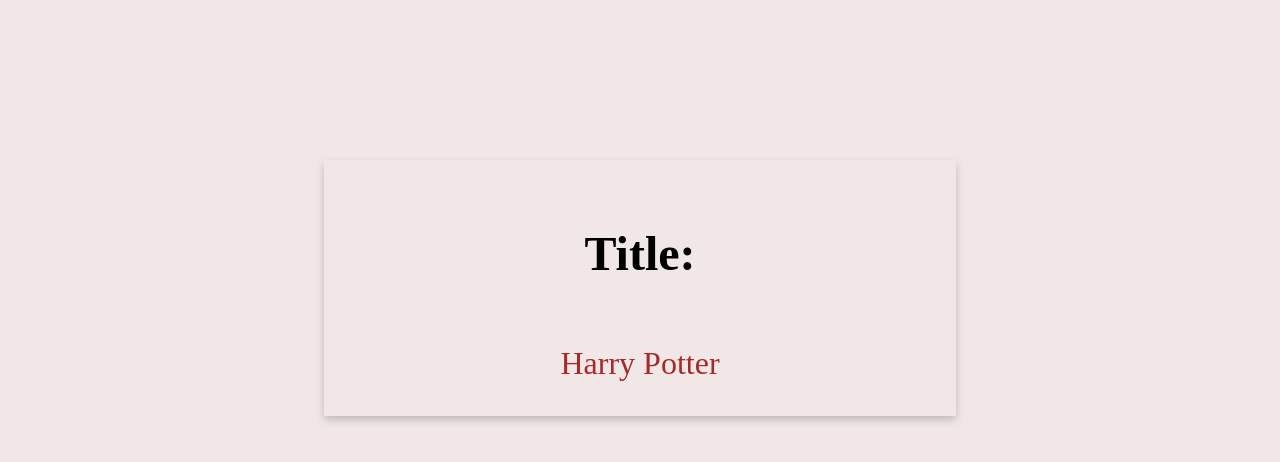
Repository: cyborgEneki/archangel-code-challenge
Page: index.html
An editor plug-in stored every save of this project. The page is shown before and after the next save, followed by the edit.
The browser window is 1280 px wide. The pictures show the whole page.
The style sheet was rebuilt from its Sass, Less or Tailwind sources for each picture, by a compiler version that may differ from the author's.

Above is the page before, as saved 2020-11-05 14:05:12.

### index.html
<!DOCTYPE html>
<html lang="en">

<head>
    <link rel="stylesheet" href="assets/css/styles.css">
</head>

<body>
    <div id="main"></div>
    <script src="bower_components/handlebars/handlebars.min.js"></script>
    <script src="bower_components/jquery/dist/jquery.min.js"></script>
    <script type="text/x-handlebars-template" id="template-script">
            <div class="card">
                <div class="card__container">
                    <h4 class="card__heading"><b>Title:</b></h4>
                    <p class="card__text">Harry Potter</p>
                </div>
            </div>
    </script>
    <script src="assets/js/books.js"></script>
    <script src="assets/js/index.js"></script>
</body>
</html>


                    <!-- <p class="card__text">{{compareEquality a b real makeBelieve}}!</p> -->

### assets/js/index.js
$(function () {
    Handlebars.registerHelper("compareEquality", function (a, b, real, makeBelieve) {
        if (a == b) {
            return real;
        } else {
            return makeBelieve;
        };
    });
    let template = $('#template-script').html(),
        compiled = Handlebars.compile(template),
        rendered = compiled({
            a: 1,
            b: 1,
            real: 'an oblate spheroid',
            makeBelieve: 'flat'
        });
    $('#main').html(rendered);
});

### scss/styles.scss
$peach: #f1e7e7;

body {
    background-color: $peach;
}

.card {
    box-shadow: 0 4px 8px 0 rgba(0, 0, 0, 0.2);
    transition: 0.3s;
    width: 50%;
    margin: 0 auto;

    &__container {
        padding: 2px 16px;
        margin-top: 10rem;
    }

    &__heading {
        font-size: 3rem;
        text-align: center;
    }

    &__text {
        text-align: center;
        font-size: 2rem;
        color: brown;
    }
}

Loaded but not shown: bower_components/handlebars/handlebars.min.js (library); bower_components/jquery/dist/jquery.min.js (library); assets/js/books.js (no stored copy; drawn as an empty file)

After the next save:
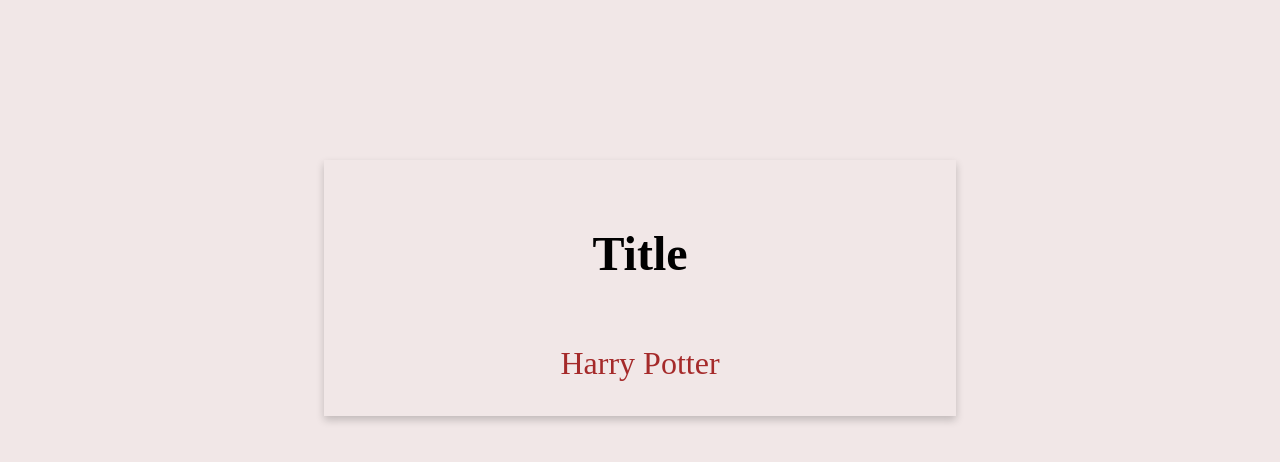
Saved 21 s later.
--- a/index.html
+++ b/index.html
@@ -12,7 +12,7 @@
     <script type="text/x-handlebars-template" id="template-script">
             <div class="card">
                 <div class="card__container">
-                    <h4 class="card__heading"><b>Title:</b></h4>
+                    <h4 class="card__heading"><b>Title</b></h4>
                     <p class="card__text">Harry Potter</p>
                 </div>
             </div>
